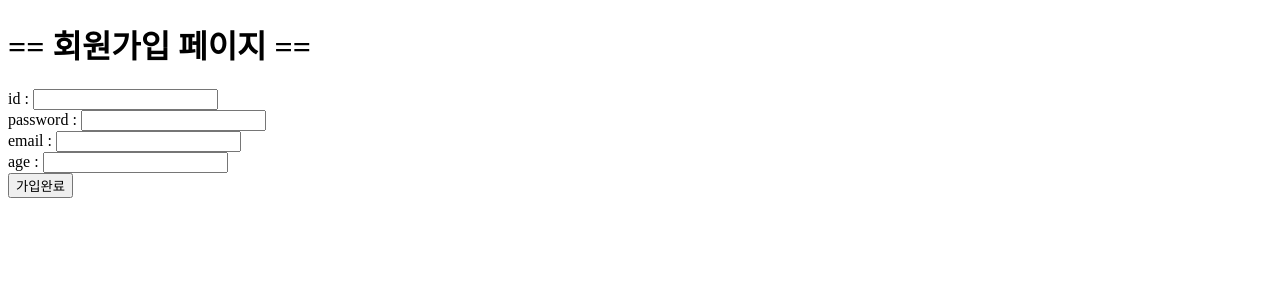
Repository: WoodongMaster/JSP_Workspace
Page: http://localhost/jsp_project2/member/join.jsp
The author's editor kept a copy of each file at every save. The page is drawn from the files as they stood at one save, then again after the next save.
The browser window is 1280 px wide. The pictures show the whole page.
The page is served by Tomcat 9.

Above is the page before, as saved 2023-05-12 03:21:45.

After the next save:
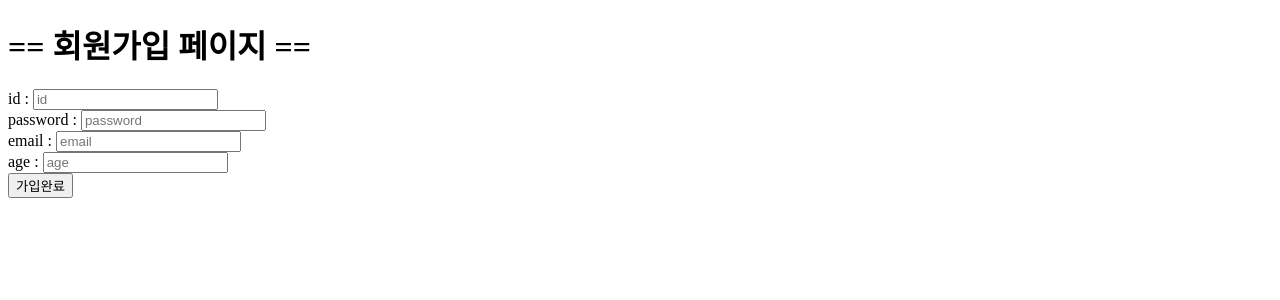
Saved 112 s later.
--- a/jsp_project2/jsp_project/jsp_project2/src/main/webapp/member/join.jsp
+++ b/jsp_project2/jsp_project/jsp_project2/src/main/webapp/member/join.jsp
@@ -9,10 +9,10 @@
 <body>
 	<h1>== 회원가입 페이지 ==</h1>
 	<form action="" method="post">
-		id : <input type="text" name="id"> <br>
-		password : <input type="text" name="password"> <br>
-		email : <input type="text" name="email"> <br>
-		age : <input type="text" name="age"> <br>
+		id : <input type="text" name="id" placeholder="id"> <br>
+		password : <input type="password" name="password" placeholder="password"> <br>
+		email : <input type="text" name="email" placeholder="email"> <br>
+		age : <input type="text" name="age" placeholder="age"> <br>
 		<button type="submit">가입완료</button>
 	</form>
 </body>
